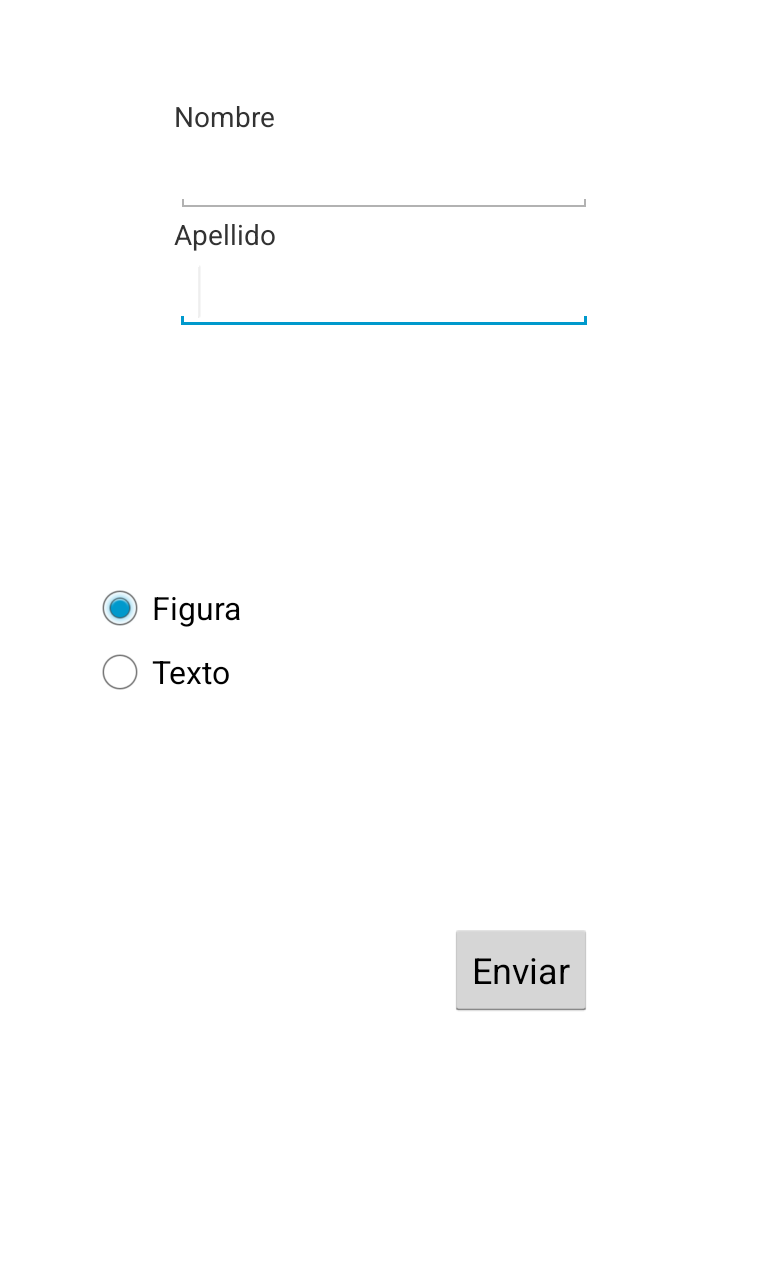
Repository: Anrai/android-app
Layout: Ejercicios/res/layout/activity_main.xml
An editor plug-in stored every save of this project. The layout is shown before and after the next save, followed by the edit.
It is drawn on a 768 x 1280 px phone screen (xhdpi) without system bars, with theme AppTheme; the app's code is not run. The app's manifest (not shown) leaves right-to-left support off. So textAlignment, textDirection and layoutDirection are ignored, and left and right values win over start and end ones.

Above is the layout before, as saved 2014-05-08 00:59:37.

### Ejercicios/res/layout/activity_main.xml
<RelativeLayout xmlns:android="http://schemas.android.com/apk/res/android"
    xmlns:tools="http://schemas.android.com/tools"
    android:layout_width="match_parent"
    android:layout_height="match_parent"
    android:paddingBottom="@dimen/activity_vertical_margin"
    android:paddingLeft="@dimen/activity_horizontal_margin"
    android:paddingRight="@dimen/activity_horizontal_margin"
    android:paddingTop="@dimen/activity_vertical_margin"
    tools:context=".MainActivity" >

    <EditText
        android:id="@+id/nombre"
        android:layout_width="wrap_content"
        android:layout_height="wrap_content"
        android:layout_alignParentTop="true"
        android:layout_centerHorizontal="true"
        android:layout_marginTop="52dp"
        android:ems="10" />

    <TextView
        android:id="@+id/mensaje"
        android:layout_width="wrap_content"
        android:layout_height="wrap_content"
        android:layout_alignBottom="@+id/nombre"
        android:layout_alignLeft="@+id/nombre"
        android:layout_marginBottom="40dp"
        android:text="Nombre" />

    <TextView
        android:id="@+id/textView1"
        android:layout_width="wrap_content"
        android:layout_height="wrap_content"
        android:layout_alignLeft="@+id/nombre"
        android:layout_below="@+id/nombre"
        android:text="Apellido" />

    <EditText
        android:id="@+id/apellido"
        android:layout_width="wrap_content"
        android:layout_height="wrap_content"
        android:layout_alignLeft="@+id/textView1"
        android:layout_below="@+id/textView1"
        android:ems="10" >

        <requestFocus />
    </EditText>

    <Button
        android:id="@+id/enviar"
        android:layout_width="wrap_content"
        android:layout_height="wrap_content"
        android:layout_alignParentBottom="true"
        android:layout_alignRight="@+id/apellido"
        android:layout_marginBottom="115dp"
        android:onClick="enviar"
        android:text="Enviar" />

    <RadioGroup
        android:id="@+id/radioGroup1"
        android:layout_width="wrap_content"
        android:layout_height="wrap_content"
        android:layout_alignParentLeft="true"
        android:layout_centerVertical="true"
        android:layout_marginLeft="28dp" >

        <RadioButton
            android:id="@+id/figura"
            android:layout_width="wrap_content"
            android:layout_height="wrap_content"
            android:checked="true"
            android:text="Figura" />

        <RadioButton
            android:id="@+id/texto"
            android:layout_width="wrap_content"
            android:layout_height="wrap_content"
            android:text="Texto" />
    </RadioGroup>

</RelativeLayout>

Loaded but not shown: Ejercicios/res/values/styles.xml (common file); Ejercicios/res/values-v11/styles.xml (common file); Ejercicios/res/values-v14/styles.xml (common file); Ejercicios/res/values/dimens.xml (common file)

After the next save:
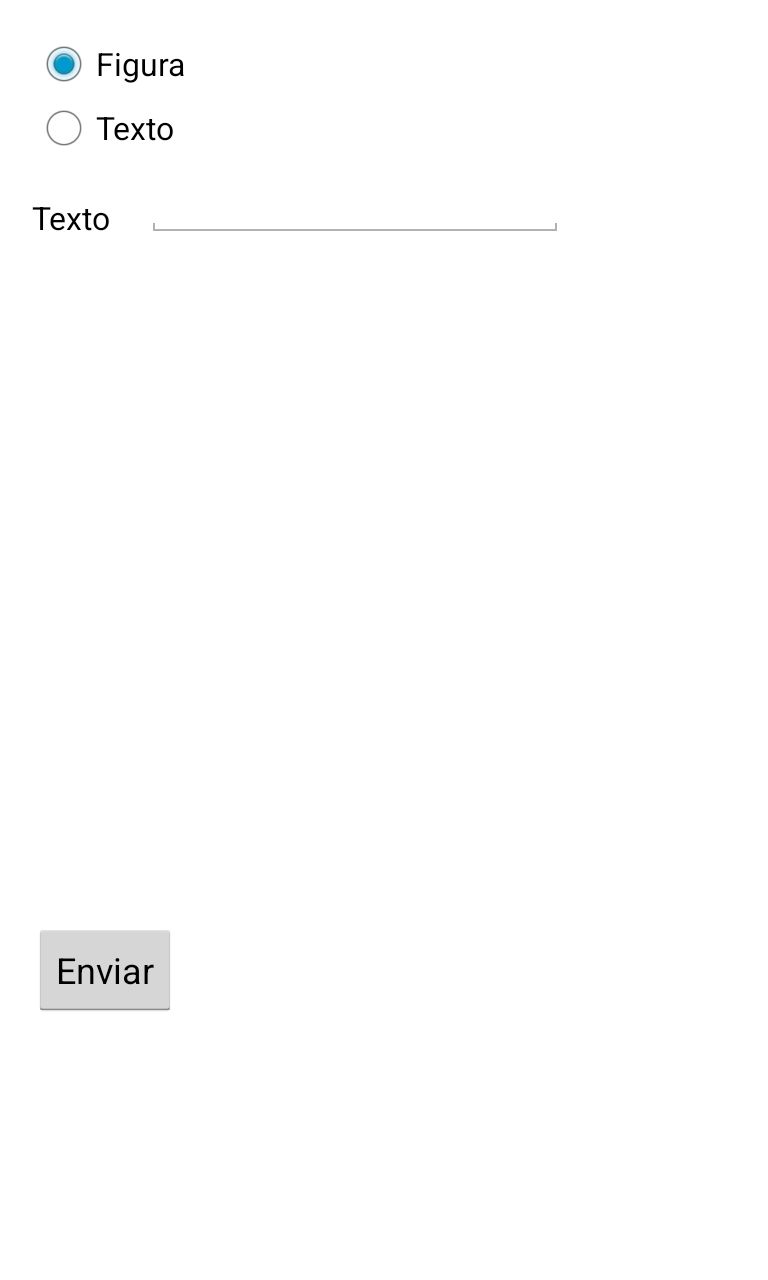
Saved 5 min 10 s later.
--- a/Ejercicios/res/layout/activity_main.xml
+++ b/Ejercicios/res/layout/activity_main.xml
@@ -8,49 +8,11 @@
     android:paddingTop="@dimen/activity_vertical_margin"
     tools:context=".MainActivity" >
 
-    <EditText
-        android:id="@+id/nombre"
-        android:layout_width="wrap_content"
-        android:layout_height="wrap_content"
-        android:layout_alignParentTop="true"
-        android:layout_centerHorizontal="true"
-        android:layout_marginTop="52dp"
-        android:ems="10" />
-
-    <TextView
-        android:id="@+id/mensaje"
-        android:layout_width="wrap_content"
-        android:layout_height="wrap_content"
-        android:layout_alignBottom="@+id/nombre"
-        android:layout_alignLeft="@+id/nombre"
-        android:layout_marginBottom="40dp"
-        android:text="Nombre" />
-
-    <TextView
-        android:id="@+id/textView1"
-        android:layout_width="wrap_content"
-        android:layout_height="wrap_content"
-        android:layout_alignLeft="@+id/nombre"
-        android:layout_below="@+id/nombre"
-        android:text="Apellido" />
-
-    <EditText
-        android:id="@+id/apellido"
-        android:layout_width="wrap_content"
-        android:layout_height="wrap_content"
-        android:layout_alignLeft="@+id/textView1"
-        android:layout_below="@+id/textView1"
-        android:ems="10" >
-
-        <requestFocus />
-    </EditText>
-
     <Button
         android:id="@+id/enviar"
         android:layout_width="wrap_content"
         android:layout_height="wrap_content"
         android:layout_alignParentBottom="true"
-        android:layout_alignRight="@+id/apellido"
         android:layout_marginBottom="115dp"
         android:onClick="enviar"
         android:text="Enviar" />
@@ -60,8 +22,7 @@
         android:layout_width="wrap_content"
         android:layout_height="wrap_content"
         android:layout_alignParentLeft="true"
-        android:layout_centerVertical="true"
-        android:layout_marginLeft="28dp" >
+        android:layout_alignParentTop="true" >
 
         <RadioButton
             android:id="@+id/figura"
@@ -77,4 +38,21 @@
             android:text="Texto" />
     </RadioGroup>
 
+    <CheckedTextView
+        android:id="@+id/checkedTextView1"
+        android:layout_width="wrap_content"
+        android:layout_height="wrap_content"
+        android:layout_alignBottom="@+id/texto"
+        android:layout_alignLeft="@+id/radioGroup1"
+        android:text="Texto" />
+
+    <EditText
+        android:id="@+id/texto"
+        android:layout_width="wrap_content"
+        android:layout_height="wrap_content"
+        android:layout_below="@+id/radioGroup1"
+        android:layout_marginLeft="17dp"
+        android:layout_toRightOf="@+id/checkedTextView1"
+        android:ems="10" />
+
 </RelativeLayout>
